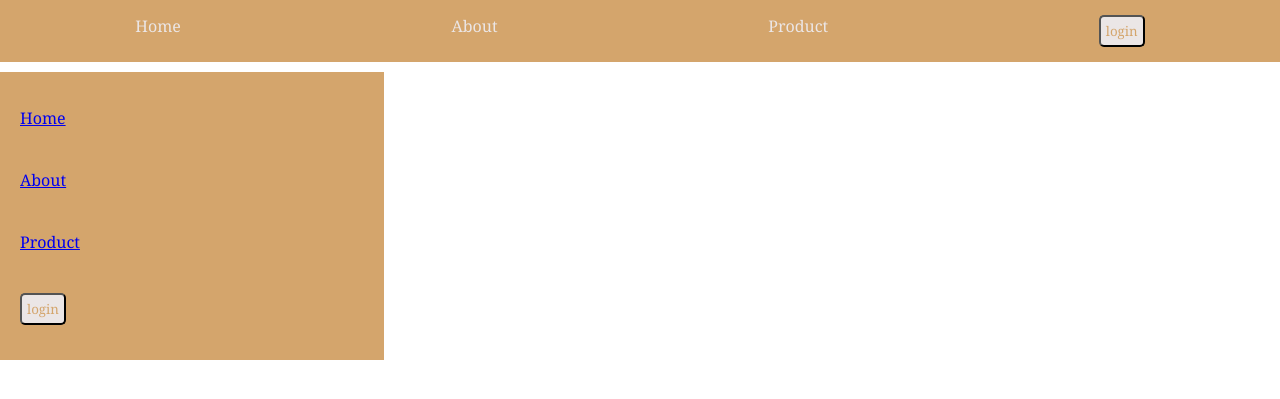
Repository: anjalipatel-dev/web-dev-learning-journey
Page: 03_html_css_ui_pages/03_navbar/index.html
The author's editor kept a copy of each file at every save. The page is drawn from the files as they stood at one save, then again after the next save.
The browser window is 1280 px wide. The pictures show the whole page.

Above is the page before, as saved 2025-10-09 04:41:45.

### 03_html_css_ui_pages/03_navbar/index.html
<!DOCTYPE html>
<html lang="en">
<head>
    <meta charset="UTF-8">
    <meta name="viewport" content="width=device-width, initial-scale=1.0">
    <title>Navbar1</title>
    <link rel="stylesheet" href="styles.css">
</head>
<body>
    <nav class ="navbar1">
        <ul>
            <li><a href="#">Home</a></li>
            <li><a href="#">About</a></li>
            <li><a href="#">Product</a></li>
            <li><button class="login-btn">login</button></li>
        </ul>
    </nav>
     <nav class ="navbar2">
        <ul>
            <li><a href="#">Home</a></li>
            <li><a href="#">About</a></li>
            <li><a href="#">Product</a></li>
            <li><button class="login-btn">login</button></li>
        </ul>
    </nav>
</body>
</html>

### 03_html_css_ui_pages/03_navbar/styles.css
*{
    margin: 0;
    padding: 0;
    box-sizing: border-box;
    font-family:Georgia, 'Times New Roman', Times, serif
}
.navbar1{
    background-color: rgb(212, 165, 108);
    padding: 15px 0;
}
.navbar1 ul{
    list-style-type: none;
    text-decoration: none;
    display: flex;
    justify-content: space-around;

}
.navbar1 ul li a{
    text-decoration: none;
    color: rgb(235, 230, 230);
}
.navbar1 a::after{
    content: '';
    display: block;
    height: 3px;
    width: 100%;
    background-color: rgb(227, 60, 13);
    transform: scaleX(0);
    transition: transform 500ms ease-in-out;
    transform-origin:center;
}
.navbar1 a:hover::after{
    transform: scaleX(1);
}
.login-btn{
    background-color: rgb(235, 230, 230);
    color: rgb(212, 165, 108);
    padding: 5px;
    border-radius: 5px;
    text-decoration: none;
    cursor: pointer;
}
.login-btn:hover{
    background-color: rgb(227, 60, 13);
    color: rgb(235, 230, 230);
    font-weight: bold;
}
.navbar2{
    background-color: rgb(212, 165, 108);
    padding: 15px 0;
    margin-top: 10px;
    width: 30%;

}
.navbar2 ul{
    list-style-type: none;


}
.navbar2 ul li{
    padding: 20px;
}

After the next save:
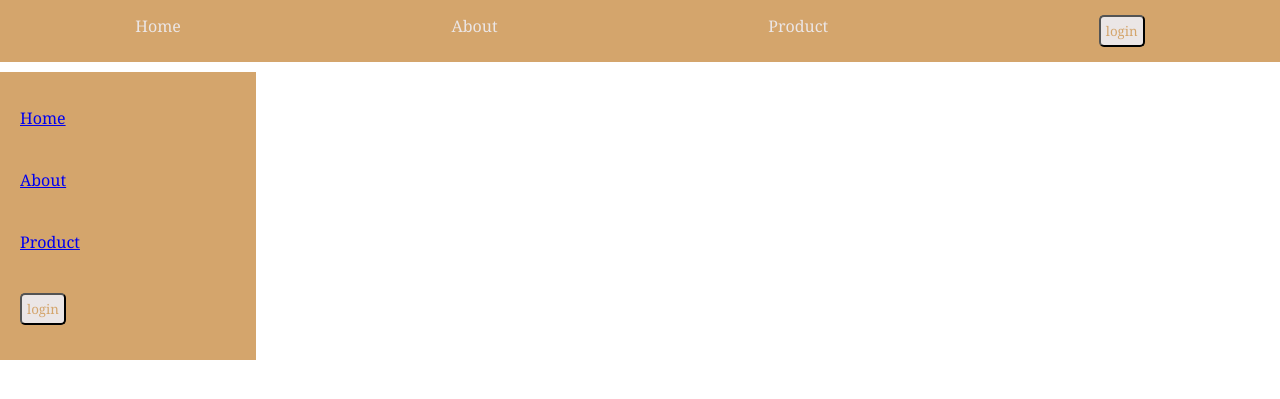
Saved 9 s later.
--- a/03_html_css_ui_pages/03_navbar/styles.css
+++ b/03_html_css_ui_pages/03_navbar/styles.css
@@ -49,7 +49,7 @@
     background-color: rgb(212, 165, 108);
     padding: 15px 0;
     margin-top: 10px;
-    width: 30%;
+    width: 20%;
 
 }
 .navbar2 ul{
